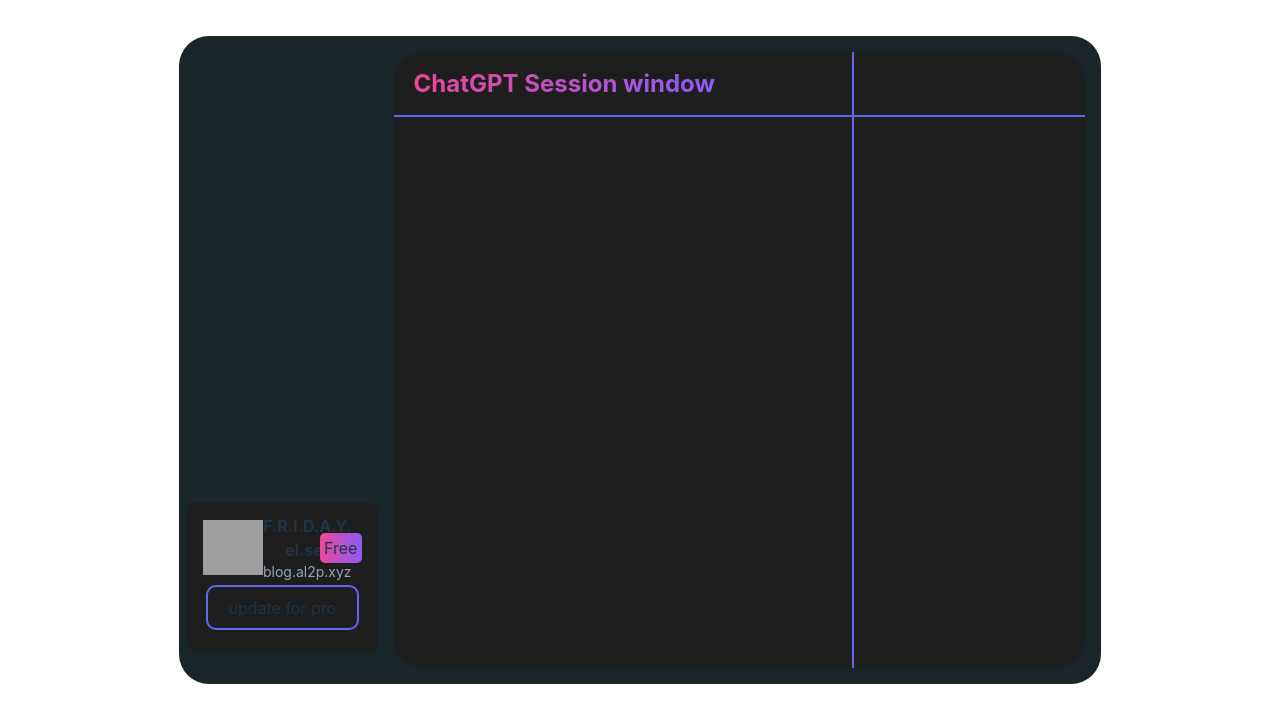
Repository: yezhonghu0503/chatgpt-vue-lac
Page: /
An editor plug-in stored every save of this project. The page is shown before and after the next save, followed by the edit.
The browser window is 1280 px wide. The pictures show the whole page.
Pictures or frames that could not be fetched are drawn as grey boxes. The project was rebuilt for these pictures with package versions that can differ from the ones it lists, and the page was loaded fresh each time. Also part of the build but not shown: vite.config.ts.

Above is the page before, as saved 2023-05-18 15:24:52.

After the next save:
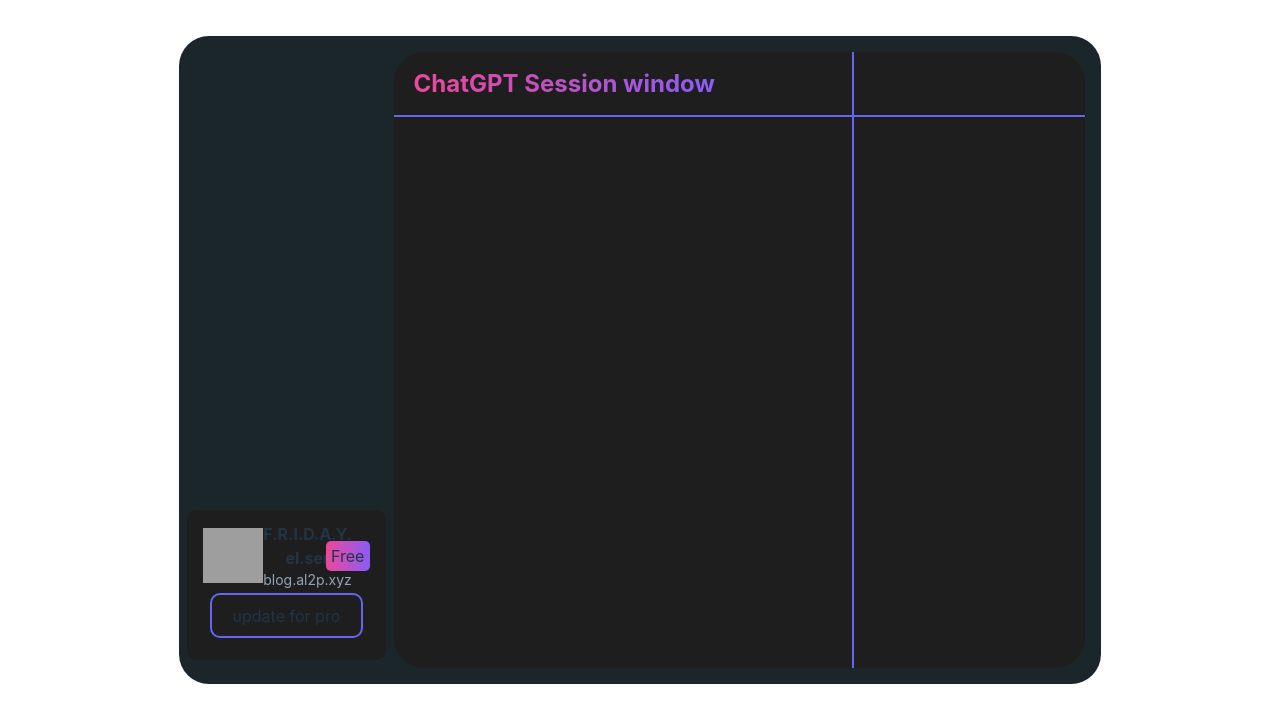
Saved 9 s later.
--- a/src/components/chat-menu/chatMenu.vue
+++ b/src/components/chat-menu/chatMenu.vue
@@ -1,5 +1,5 @@
 <template>
-    <div class="w-[18vw] h-[100%] flex justify-center items-end p-4">
+    <div class="w-[18vw] h-[100%] flex justify-center items-end p-2">
         <div class="w-[100%] h-[150px] bg-rg-chat flex flex-col items-center rounded-[10px] p-2">
             <div class="w-[100%] h-[75px] flex justify-between items-center p-2">
                 <div class="flex items-center">
